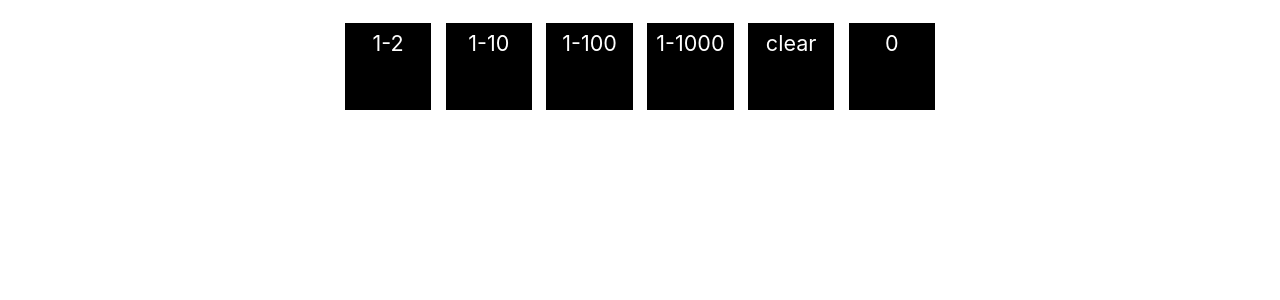
Repository: michalgornicki/number-generator
Page: /
An editor plug-in stored every save of this project. The page is shown before and after a run of saves, followed by the edit.
The browser window is 1280 px wide. The pictures show the whole page.
The project was rebuilt for these pictures with package versions that can differ from the ones it lists, and the page was loaded fresh each time.

Above is the page before, as saved 2021-12-03 14:04:13.

After the next 5 saves:
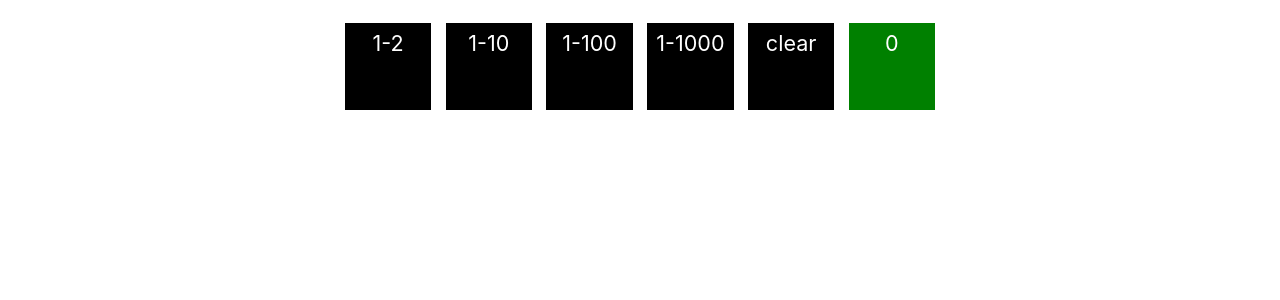
The 5 saves are shown as one change because they came seconds apart.
The last was saved 11 s later.
--- a/src/App.css
+++ b/src/App.css
@@ -21,6 +21,10 @@ body{
     font-size: 3vmin;
 }
 
+.green{
+    background-color: green;
+}
+
 .map{
     display: flex;
     flex-wrap: wrap;
